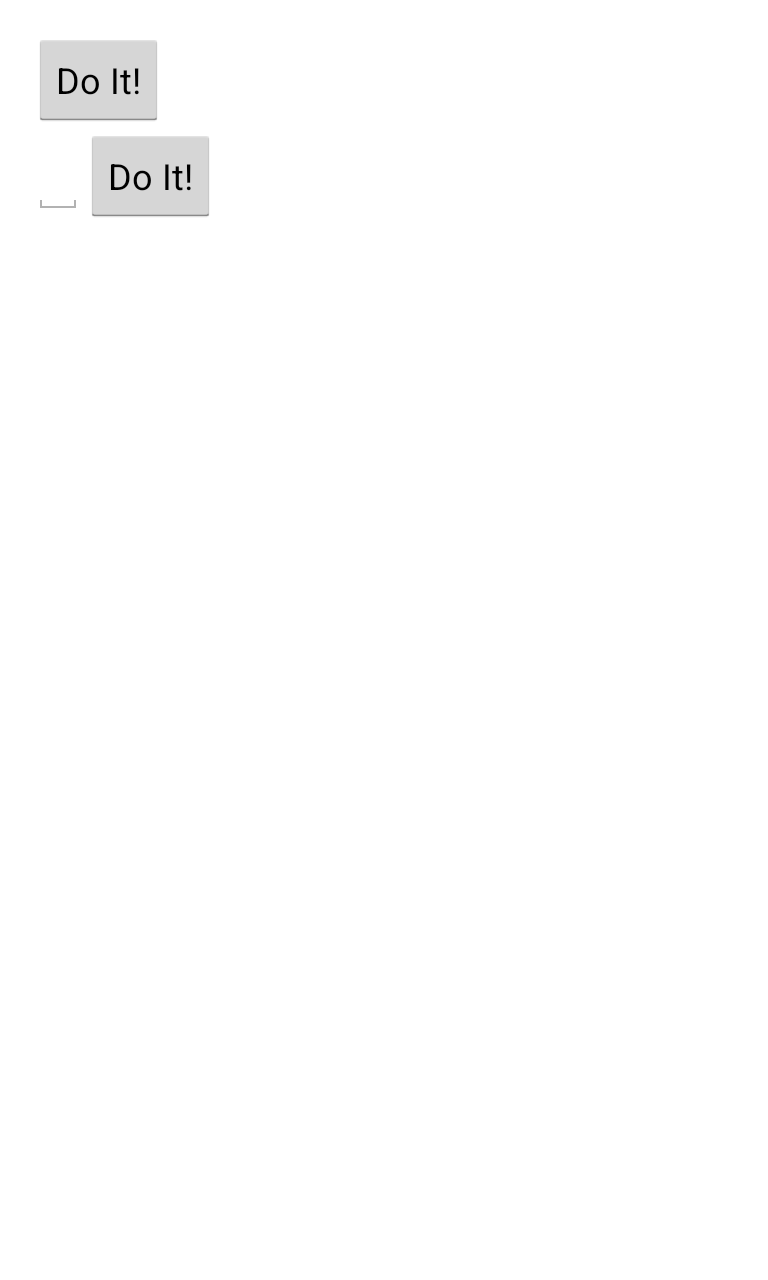
Repository: Trioblack/google_volley
Layout: google_volley/res/layout/activity_main.xml
An editor plug-in stored every save of this project. The layout is shown before and after a run of saves, followed by the edit.
It is drawn on a 768 x 1280 px phone screen (xhdpi) without system bars, with theme AppTheme; the app's code is not run.

Above is the layout before, as saved 2014-10-13 03:17:46.

After the next 3 saves:
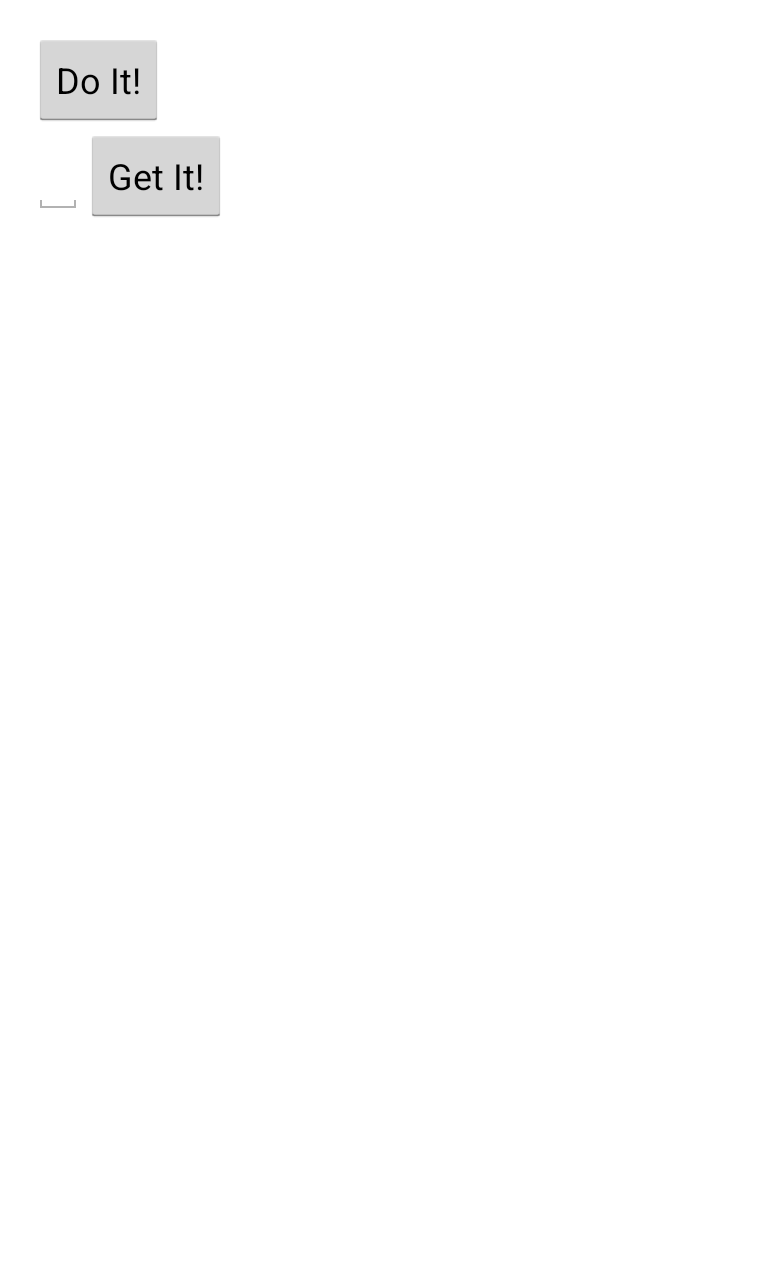
The 3 saves are shown as one change because they came seconds apart.
The last was saved 24 s later.
--- a/google_volley/res/layout/activity_main.xml
+++ b/google_volley/res/layout/activity_main.xml
@@ -20,16 +20,17 @@
         android:orientation="horizontal"
         android:layout_width="wrap_content"
         android:layout_height="wrap_content" >
+
         <EditText
-            android:id="@+id/do_it_btn"
+            android:id="@+id/id_et"
         	android:layout_width="wrap_content"
         	android:layout_height="wrap_content" />
 
         <Button
-	        android:id="@+id/do_it_btn"
+	        android:id="@+id/get_it_btn"
 	        android:layout_width="wrap_content"
 	        android:layout_height="wrap_content"
-	        android:text="@string/do_it_btn_text" />
+	        android:text="@string/get_it_btn_text" />
     </LinearLayout>
 
 
